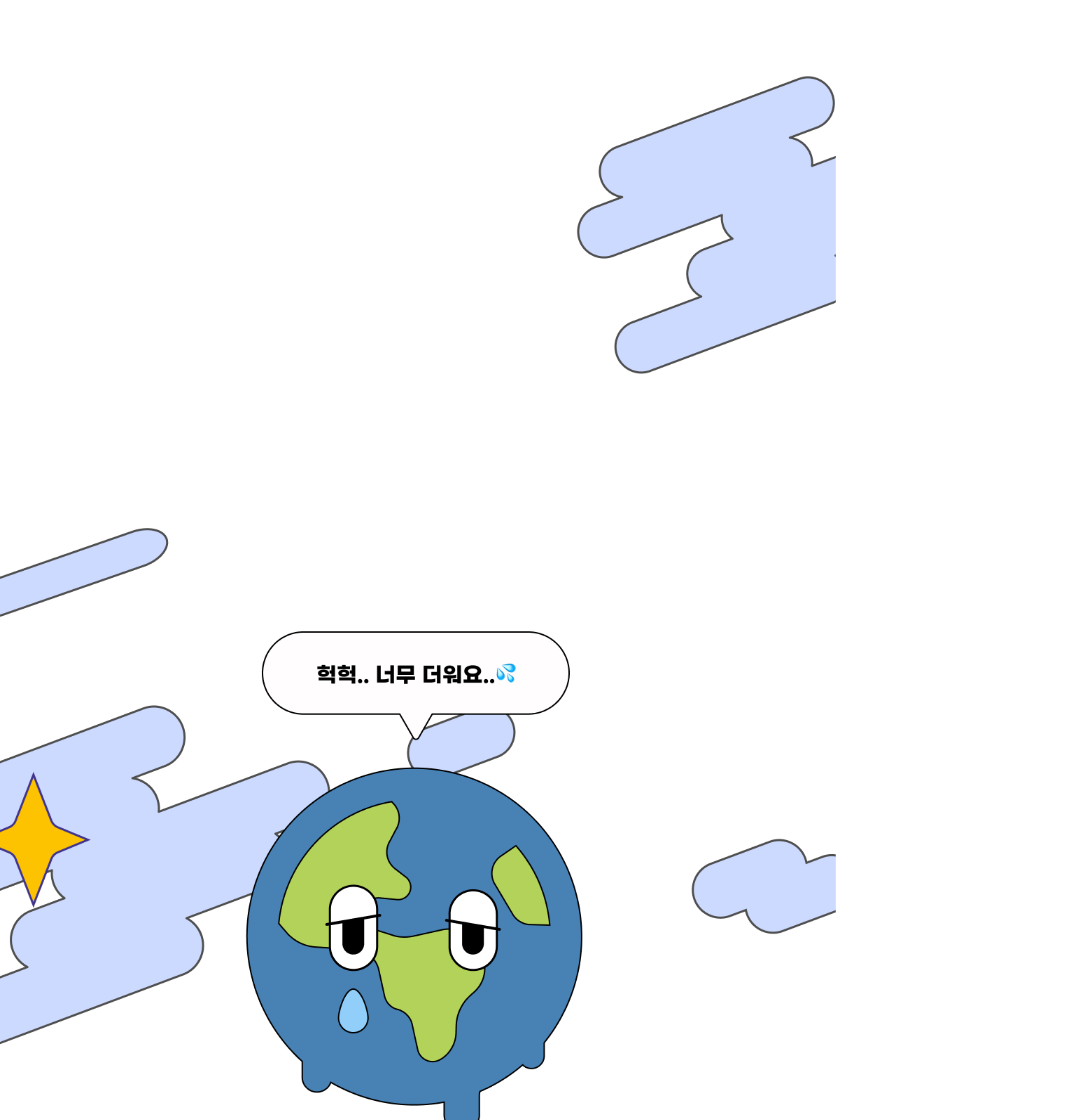
Repository: Sopkathon-30th-2/frontend
Page: /
These files come from the project's save history. The page is drawn as it stood at one moment and after the next save; the edit follows.
The browser window is 1280 px wide. The page is 1280 px wide, then 1560 px, so the pictures cover 1560 px, including what lies to the right of the window. The pictures show the part of the page from y = 0 to 1600 px (the page is 4281 px tall before and 4263 px after), at 70% of full size.
The project was rebuilt for these pictures with package versions that can differ from the ones it lists, and the page was loaded fresh each time. Also part of the build but not shown: src/components/common/ErrorBoundary.jsx, src/components/common/ErrorComponent.jsx, src/components/common/Loading.jsx, src/utils/wrapPromise.js, src/lib/index.js, src/pages/Sample.jsx, src/pages/ResultPage.jsx, src/components/common/Header.jsx and 1 more.

Above is the page before, as saved 2022-05-22 05:52:59.

After the next save:
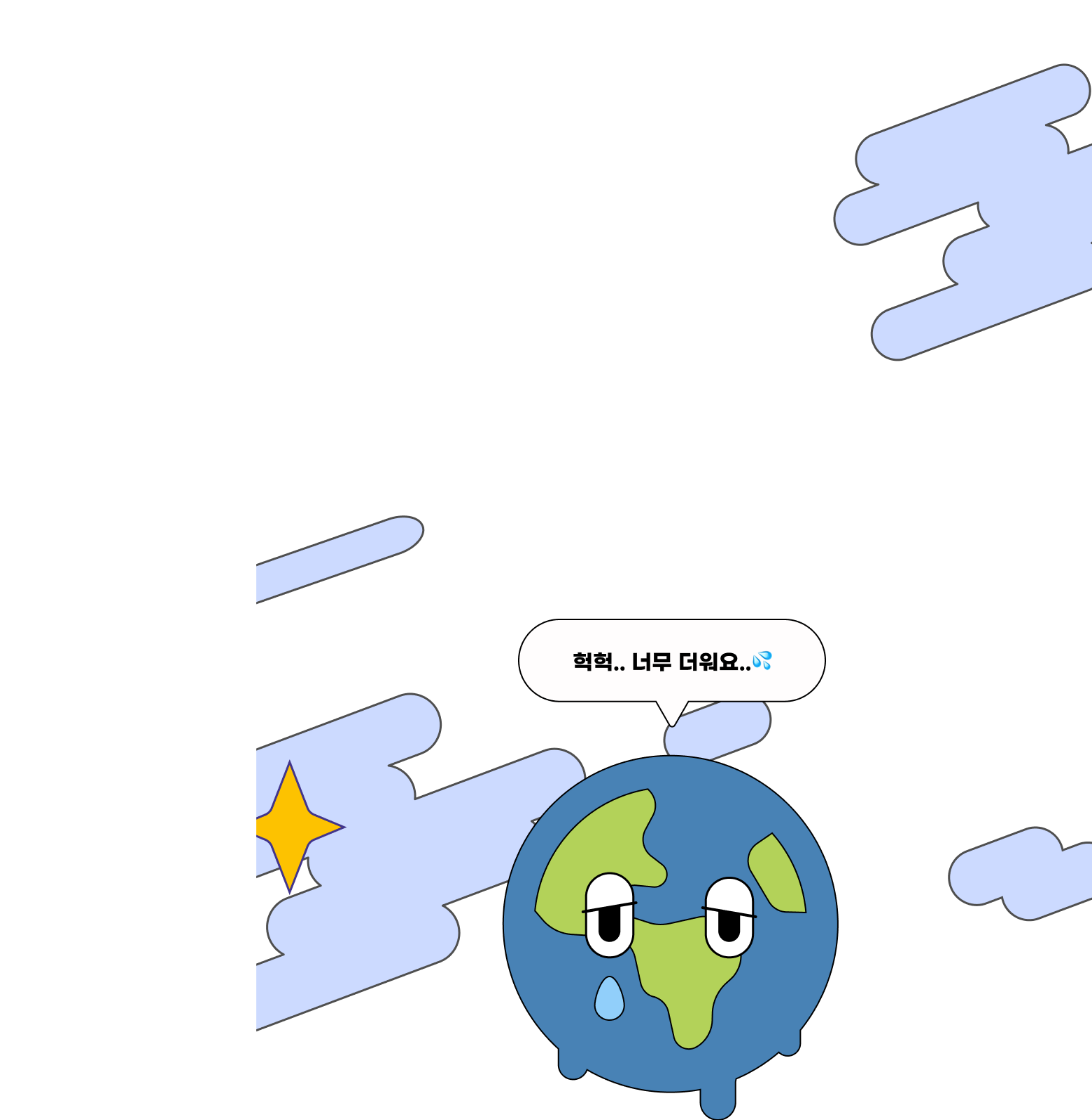
Saved 3 min 24 s later.
--- a/src/pages/MainPage.jsx
+++ b/src/pages/MainPage.jsx
@@ -6,6 +6,8 @@
 const BackgroundIMG = styled.img`
   width: 119.4rem;
   height: 423.6rem;
+  margin-left: 36.6rem;
+  margin-top: -1.8rem;
 `;
 
 function MainPage() {
